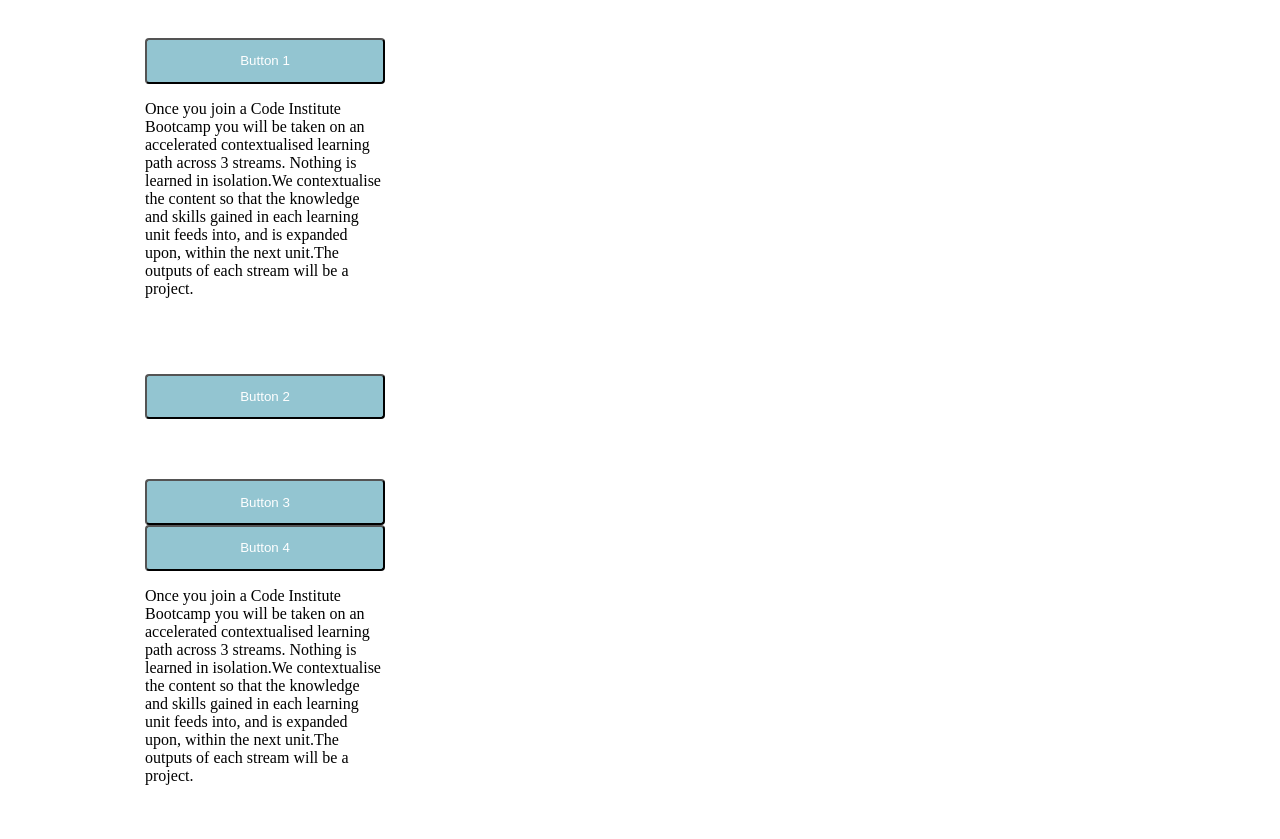
Repository: robibrutoczki/methodChaining
Page: index.html
The author's editor kept a record of every edit. The page is drawn from the files as they stood at one moment, then again after the next edit.
The browser window is 1280 px wide. The pictures show the whole page.
After loading, the first visible `#button1` was clicked once.
Some web libraries are served in a nearby version.

Above is the page before.

After the next edit:
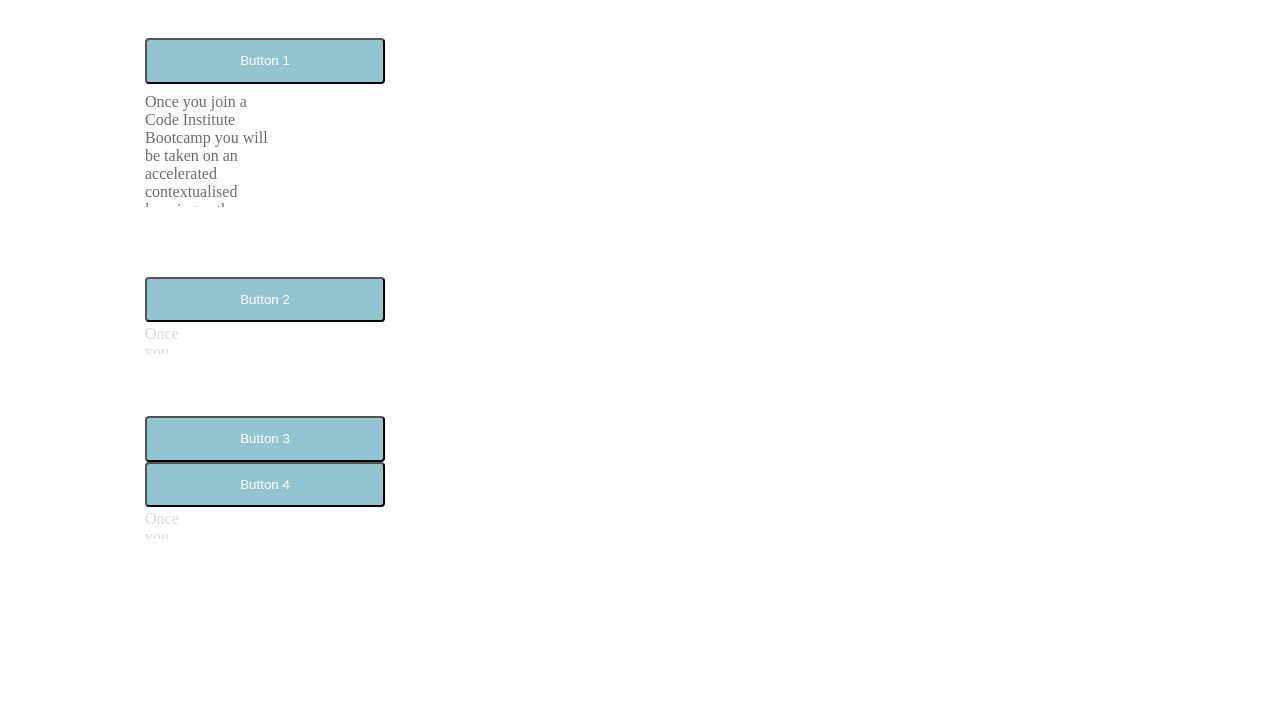
The edit:
--- a/js/script.js
+++ b/js/script.js
@@ -11,11 +11,12 @@
     $("#button1").click(function(){
         $('#para1').toggle('#para1');
     });
-   $("#button1").click(function(){
-        $('#para2').hide('#para1');
+  $("button").click(function() {
+		$("p").hide(2000).show(2000);
+	});
 
-
-        $('#para1').toggle('#para1');
-    });
+	$("button").click(function(){
+		$("p").fadeIn().fadeOut();
+	});
 
 });
